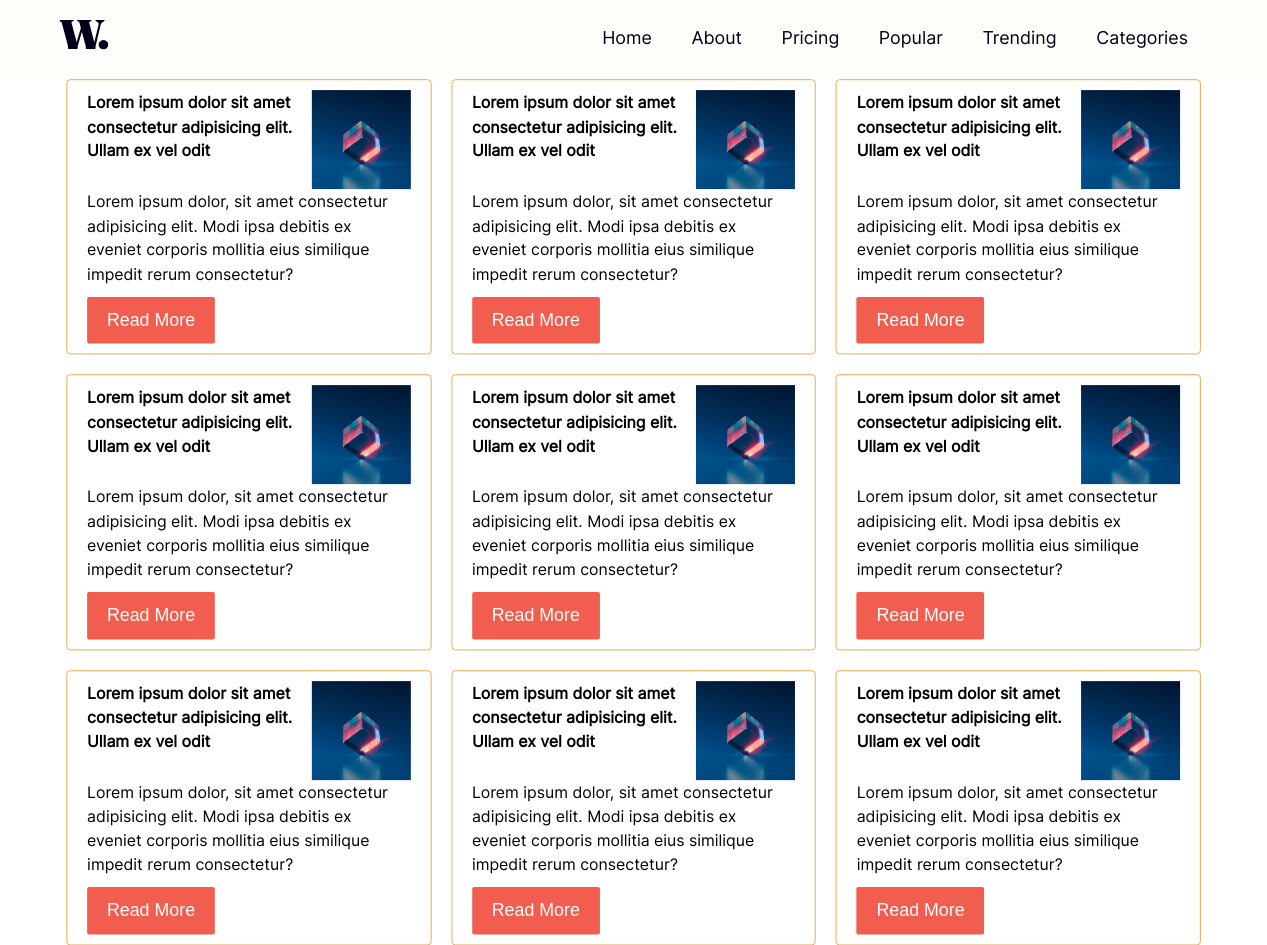
Repository: Benedict-Anthony/web3.0-blog-chain
Page: /trending
An editor plug-in stored every save of this project. The page is shown before and after the next save, followed by the edit.
The browser window is 1280 px wide. The pictures show the whole page, at 99% of full size.
The project was rebuilt for these pictures with package versions that can differ from the ones it lists, and the page was loaded fresh each time. The framework's server and built-in components were replaced by stand-ins that run in the browser. Also part of the build but not shown: next.config.js, styles/styles.css.

Above is the page before, as saved 2022-12-21 03:11:36.

### pages/_app.tsx
import '../styles/globals.scss'
import type { AppProps } from 'next/app'
import NavBar from '../components/NavBar'
import "@/styles/styles.css"
export default function App({ Component, pageProps }: AppProps) {
  return (
    <>
      <NavBar />
      <Component {...pageProps} />
    </>
  )
}

### pages/trending.tsx
import Layout from 'components/Layout'
import React from 'react'
import TrendingStyles from "@/styles/Trending.module.scss"
import Trending from 'components/Trending'
import { GetStaticProps } from 'next';

export const getStaticProps: GetStaticProps = async () => {
    // const apiKey = process.env.REACT_APP_RAPID_API_KEY || ""
    // const apiHost = process.env.REACT_APP_RAPID_NEWS_API_HOST || ""
    // // const params = {q: 'crytocurrency', freshness: 'Day', textFormat: 'Raw', safeSearch: 'Off'}
    // const url = `https://bing-news-search1.p.rapidapi.com/news/search?q=cryptocurrency&safeSearch=Off&textFormat=Raw&freshness=Day&count=100`
    // const config = {
    //     headers: {
    //         'X-RapidAPI-Key': apiKey,
    //         'X-RapidAPI-Host':apiHost,
    //         // "Accept-Language": "EN"
    //     }
    // }


    // const response = await fetch(url, config)
    // const data = await response.json()
    // console.log(data)
    return {
        props: {
            // news:data.value
            news:[1,2,3,4,5,6,7,8,9]
        }
    }
}
type TrendingProps = {
    news: {
        id: number
        name: string
        date: string
        slug: string
        image: { thumbnail: { contentUrl: string } }
        description:string
    }[]
}
const TrendingPage = ({news}:TrendingProps) => {

  return (
    <Layout>
          <section className={TrendingStyles.section}>
          {news.map((item) => (
              <Trending news={item} key={item.id}/>
          ))}



              </section>
    </Layout>

  )
}

export default TrendingPage

### styles/globals.scss
:root{
  --SoftOrange: hsl(35, 77%, 62%);
  --SoftRed: hsl(5, 85%, 63%);

  --Red: hsl(0, 78%, 62%);
  --Cyan: hsl(180, 62%, 55%);
  --Orange: hsl(34, 97%, 64%);
  --Blue: hsl(212, 86%, 64%);

  --OffWhite: hsl(36, 100%, 99%);
  --GrayishBlue: hsl(233, 8%, 79%);
  --DarkGrayishBlue: hsl(236, 13%, 42%);
  --VeryDarkBlue: hsl(240, 100%, 5%);
}

@font-face{
  font-family: "Inter";
  src: url("/landing/assets/fonts/static/inter-Bold.ttf");
  src: url("/landing/assets/fonts/static/inter-ExtraBold.ttf");
  src: url("/landing/assets/fonts/static/inter-Regular.ttf");
}

*::after, *::before, *{
  padding: 0;
  margin: 0;
  box-sizing: border-box;
  transition: all .3s ease;
  line-height: 1.54em;
}


ul,li{
  list-style: none;
}

html{
  scroll-behavior: smooth;
}

body{
  font-family: "Inter";
}

.swiper {
    overflow: visible;
}

### components/NavBar.tsx
import React from 'react'
import {useState} from "react"
import Image from 'next/image'
import Link from 'next/link';
import NavBarStyles from "@/styles/navBar.module.scss";

const NavBar = () => {
  const [mobileActive, setMobileActive] = useState(false)
  return (

        <header className={NavBarStyles.header}>
          <nav className={NavBarStyles.nav}>
               <div className="logo">
                <Image src="/landing/assets/images/logo.svg" alt="" width={50} height={30} />
              </div>

              <ul style={{
                right: mobileActive ? "0" : "calc(100vw + 50px)"
              }}>
                  <li><Link href={"/"}>Home</Link></li>
                  <li><Link href={"/about"}>About</Link></li>
                  <li><Link href={"/pricing"}>Pricing</Link></li>
                  <li><Link href={"/popular"}>Popular</Link></li>
                  <li><Link href={"/trending"}>Trending</Link></li>
                  <li><Link href={"/categories"}>Categories</Link></li>

              </ul>

                  <div className={NavBarStyles.toggler} onClick={() => setMobileActive(!mobileActive)}>
                      <Image src={`/landing/assets/images/${mobileActive ? "icon-menu-close.svg" : "icon-menu.svg"}`} alt="" width={25} height={20} />
            </div>

         </nav>
    </header>

  )
}

export default NavBar

### components/Layout.tsx
import React from 'react'
import UtilsStyles from "@/styles/Utils.module.scss";
import {ReactNode} from "react"

type layoutProps = {
    children: ReactNode
}
const Layout = ({children}:layoutProps) => {
  return (
    <main className={UtilsStyles.container}>
      <section className={UtilsStyles.spaceY}>
        {children}
      </section>
      </main>
  )
}

export default Layout

### styles/Trending.module.scss
.article{
    border: 1px solid var(--SoftOrange);
    border-radius: 4px;
    padding: 10px 20px;

    &:hover{
        transform: scale(.99);
    }
    div{
        width: 100%;
        position: relative;
        display: flex;
        justify-content: space-between;
        align-items: flex-start;
        img{
            width: 100px;
            // float: right;
        }

    }


}

.section{
    display: grid;
    grid-template-columns: repeat(auto-fit, minmax(22rem, 1fr));
    justify-content: space-between;
    align-items: center;
    gap: 20px;
}

### components/Trending.tsx
import React from 'react'
import TrendingStyles from "@/styles/Trending.module.scss"
import Button from './Button'
type TrendingProps = {
    news: {
        id: number
        name: string
        date: string
        slug: string
      image: { thumbnail: { contentUrl: string } }
        description:string
    }
}

const Trending = ({news}:TrendingProps) => {
  return (
    <article className={TrendingStyles.article}>
      <div>
              <h4>Lorem ipsum dolor sit amet consectetur adipisicing elit. Ullam ex vel odit </h4>

              {/* <img src={news.image ? news.image.thumbnail.contentUrl : "nft/images/image-equilibrium.jpg"} alt="" /> */}
              <img src={"nft/images/image-equilibrium.jpg"} alt="" />
              <span>{news.date}</span>
          </div>

          {/* <div> */}
        {/* <p>{news.description}</p> */}
        <p>Lorem ipsum dolor, sit amet consectetur adipisicing elit. Modi ipsa debitis ex eveniet corporis mollitia eius similique impedit rerum consectetur?</p>

              <Button title='read more'/>
          {/* </div> */}
    </article>
  )
}

export default Trending

### styles/navBar.module.scss
.header{
    position: fixed;
    top: 0;
    right: 0;
    left: 0;
    // max-width: 1160px;
    margin: 0 auto;
    padding: 20px;
     background-color: var(--OffWhite);
     z-index:10;
    //  box-shadow:  2px 1px 3px var(--DarkGrayishBlue);
}

.nav{
    display: flex;
    justify-content: space-between;
    align-items: center;
     max-width: 1160px;
    margin: 0 auto;

    .logo{
        width: 50px;
    }

    ul{
        display: flex;
        align-items: center;
        justify-content: space-between;

        li{
            margin: 0 20px;

            a{
                text-decoration: none;
                font-size: 18px;
                color: var(--VeryDarkBlue);
                font-family: "Inter";
                font-weight: 400;
                &:hover{
                    color: var(--SoftRed);
                    cursor: pointer;
                }
            }
        }
    }

    @media(max-width:767px) {
        ul{
            position: absolute;
            top: 0;
            width: 80%;
            background-color: var(--OffWhite);
            box-shadow: 2px 2px 3px var(--DarkGrayishBlue);
            height: 100vh;
            flex-flow: column;
            justify-content: center;
            align-items: flex-start;
            padding-left: 10px;

            li{
                margin: 20px 0;

                a{
                    font-size: 22px;
                }
            }

        }


    }
}



.toggler{
        display: none;


        @media(max-width:767px) {
            display: block;
            z-index: 10;
        }
    }

### styles/Utils.module.scss
.container{
    max-width: 1160px;
    margin: 0 auto;
    overflow:hidden;
    padding: 0 7px;
}

.spaceY{
    padding-top: 2.5rem;
    margin-top: 2.5rem;
}

### components/Button.tsx
import React from 'react'
import ButtonbStyles from "@/styles/Button.module.scss"
type ButtonProps = {
    title:string
}
const Button = ({title}: ButtonProps) => {
  return (
    <button className={ButtonbStyles.button}>
      {title}
    </button>
  )
}

export default Button

### styles/Button.module.scss
.button{
    display: inline-block;
    color: var(--OffWhite);
    padding: 10px 20px;
    border: 0;
    background-color: var(--SoftRed);
    margin-top: 10px;
    font-size: 18px;
    border-radius: 2px;
    text-transform: capitalize;

    &:hover{
        cursor: pointer;
        background-color: var(--VeryDarkBlue);
    }
}

After the next save:
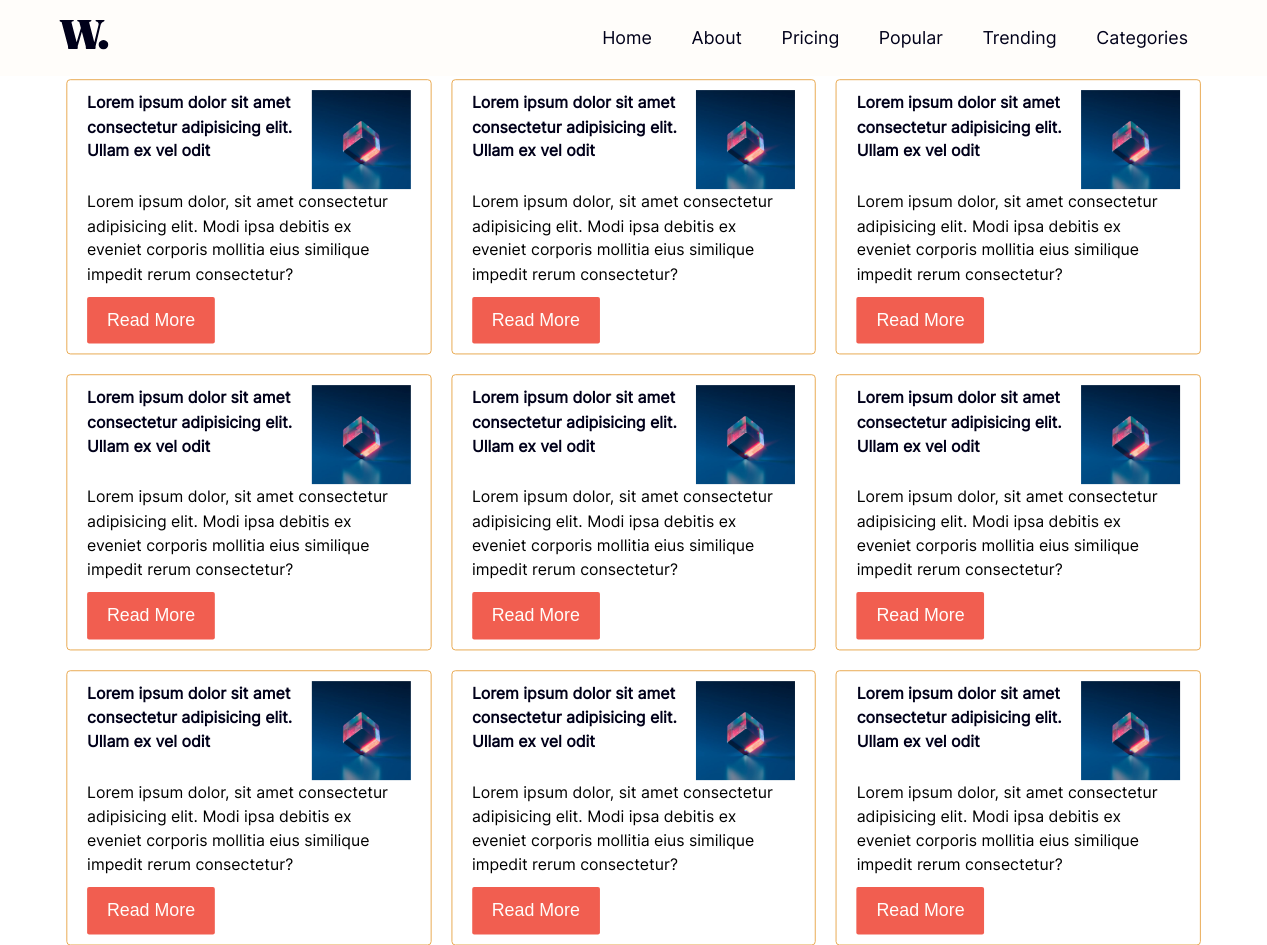
Saved 30 s later.
--- a/styles/Trending.module.scss
+++ b/styles/Trending.module.scss
@@ -14,7 +14,11 @@
         align-items: flex-start;
         img{
             width: 100px;
-            // float: right;
+
+        }
+        h4{
+            font-weight: 600;
+            color: var(--VeryDarkBlue);
         }
 
     }
